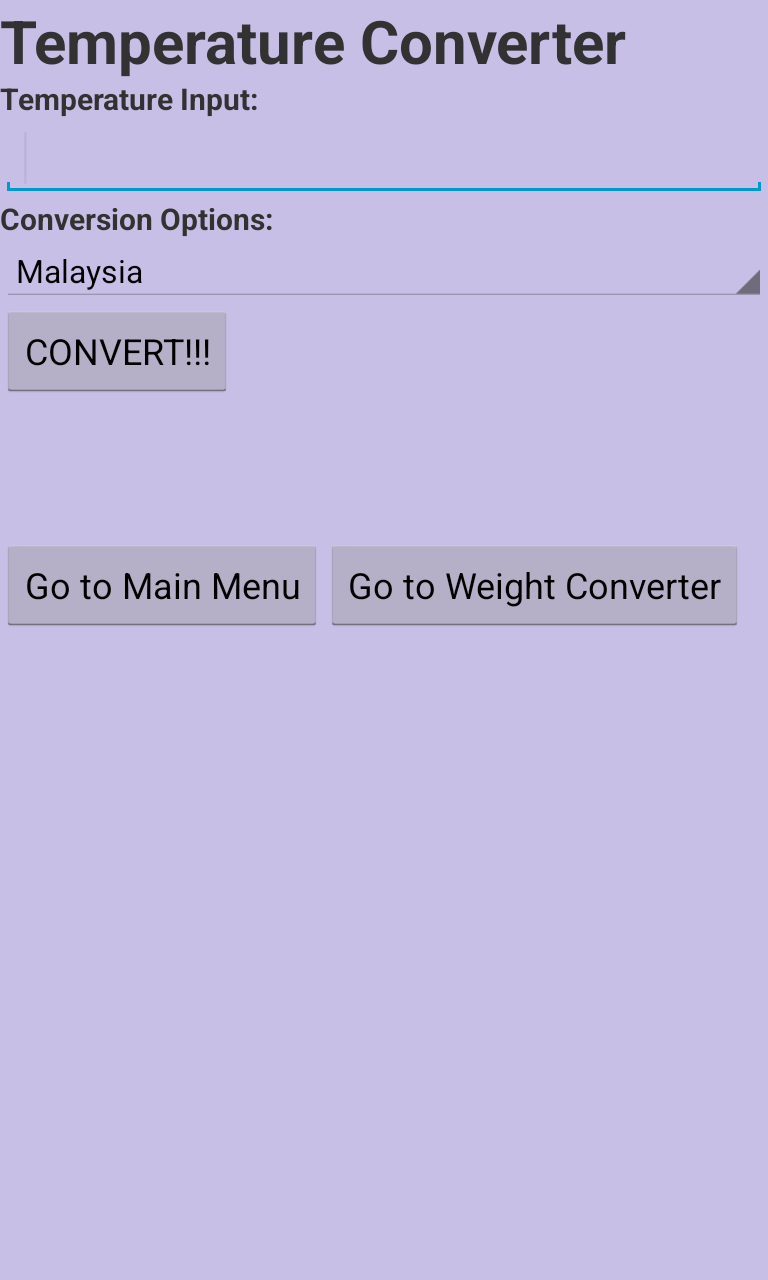
Repository: AshleyDeng/AndroidAppDevelopment
Layout: Samiul_Ashley_Android/Android Workspace/SamAndAshProject2_Converter/res/layout/temperature_converter_screen.xml
These files come from the project's save history. The layout is drawn as it stood at one moment and after the next save; the edit follows.
It is drawn on a 768 x 1280 px phone screen (xhdpi) without system bars, with theme AppTheme; the app's code is not run.

Above is the layout before, as saved 2013-01-18 01:17:00.

### Samiul_Ashley_Android/Android Workspace/SamAndAshProject2_Converter/res/layout/temperature_converter_screen.xml
<?xml version="1.0" encoding="utf-8"?>
<LinearLayout xmlns:android="http://schemas.android.com/apk/res/android"
    android:layout_width="fill_parent"
    android:layout_height="fill_parent"
    android:background="@drawable/temperature"
    android:orientation="vertical" >

    <TextView
        android:layout_width="match_parent"
        android:layout_height="39dp"
        android:text="Temperature Converter"
        android:textSize="30sp"
        android:textStyle="bold" />

    <TextView
        android:layout_width="wrap_content"
        android:layout_height="wrap_content"
        android:text="Temperature Input:"
        android:textSize="15sp"
        android:textStyle="bold" />

    <EditText
        android:id="@+id/tempInput"
        android:layout_width="match_parent"
        android:layout_height="wrap_content"
        android:ems="10" >

        <requestFocus />
    </EditText>

     <TextView
        android:layout_width="wrap_content"
        android:layout_height="wrap_content"
        android:text="Conversion Options:"
        android:textSize="15sp"
        android:textStyle="bold" />

    <Spinner
        android:id="@+id/spinner_temp"
        android:layout_width="match_parent"
        android:layout_height="wrap_content"
        android:entries="@array/temp"
        android:prompt="@string/temp_options" />

    <Button
        android:id="@+id/convert_button_temp"
        android:layout_width="wrap_content"
        android:layout_height="wrap_content"
        android:text="CONVERT!!!" />

    <TextView
        android:id="@+id/tempOutput"
        android:layout_width="match_parent"
        android:layout_height="wrap_content"
        android:ems="10" >
    </TextView>

   <LinearLayout xmlns:android="http://schemas.android.com/apk/res/android"
    android:layout_width="fill_parent"
    android:layout_height="fill_parent"
    android:orientation="horizontal" >

    	<Button
    	    android:id="@+id/temp_to_main_button"
    	    android:layout_width="wrap_content"
    	    android:layout_height="wrap_content"
    	    android:layout_marginTop="50dp"
    	    android:text="Go to Main Menu" />

    	<Button
    	    android:id="@+id/temp_to_weight_button"
    	    android:layout_width="wrap_content"
    	    android:layout_height="wrap_content"
    	    android:layout_marginTop="50dp"
    	    android:text="Go to Weight Converter" />

    </LinearLayout>

</LinearLayout>

### Samiul_Ashley_Android/Android Workspace/SamAndAshProject2_Converter/res/values/strings.xml
<?xml version="1.0" encoding="utf-8"?>
<resources>

    <string name="app_name">SamAndAshProject2_Converter</string>
    <string name="hello_world">Hello world!</string>
    <string name="menu_settings">Settings</string>
     <string name="temp_options">TempOptions</string>




    <string-array name="temp">
        <item>Malaysia</item>
        <item>United States</item>
        <item>Indonesia</item>
        <item>France</item>
        <item>Italy</item>
        <item>Singapore</item>
        <item>New Zealand</item>
        <item>India</item>
    </string-array>

</resources>

Loaded but not shown: Samiul_Ashley_Android/Android Workspace/SamAndAshProject2_Converter/res/values/styles.xml (common file); Samiul_Ashley_Android/Android Workspace/SamAndAshProject2_Converter/res/values-v11/styles.xml (common file); Samiul_Ashley_Android/Android Workspace/SamAndAshProject2_Converter/res/values-v14/styles.xml (common file)

After the next save:
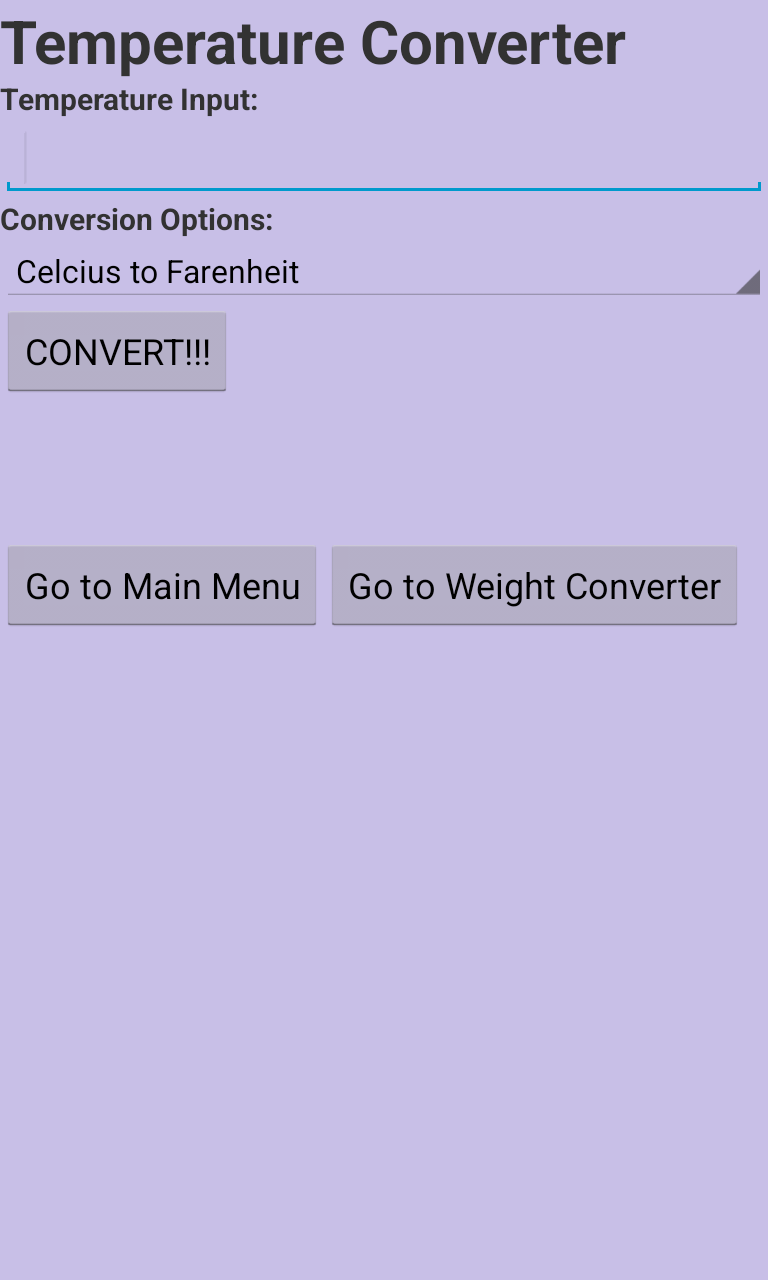
Saved 111 s later.
--- a/Samiul_Ashley_Android/Android Workspace/SamAndAshProject2_Converter/res/values/strings.xml
+++ b/Samiul_Ashley_Android/Android Workspace/SamAndAshProject2_Converter/res/values/strings.xml
@@ -2,7 +2,6 @@
 <resources>
 
     <string name="app_name">SamAndAshProject2_Converter</string>
-    <string name="hello_world">Hello world!</string>
     <string name="menu_settings">Settings</string>
      <string name="temp_options">TempOptions</string>
 
@@ -10,14 +9,13 @@
 
 
     <string-array name="temp">
-        <item>Malaysia</item>
-        <item>United States</item>
-        <item>Indonesia</item>
-        <item>France</item>
-        <item>Italy</item>
-        <item>Singapore</item>
-        <item>New Zealand</item>
-        <item>India</item>
+        <item id="@+id/sTemp_CtoF">Celcius to Farenheit</item>
+        <item id="@+id/sTemp_FtoC">Farenheit to Celcius</item>
+    </string-array>
+
+    <string-array name="weight">
+        <item id="@+id/sWeight_PtoK">Pound to Kilogram</item>
+        <item id="@+id/sWeight_KtoP">Kilograms to Pound</item>
     </string-array>
 
 </resources>
